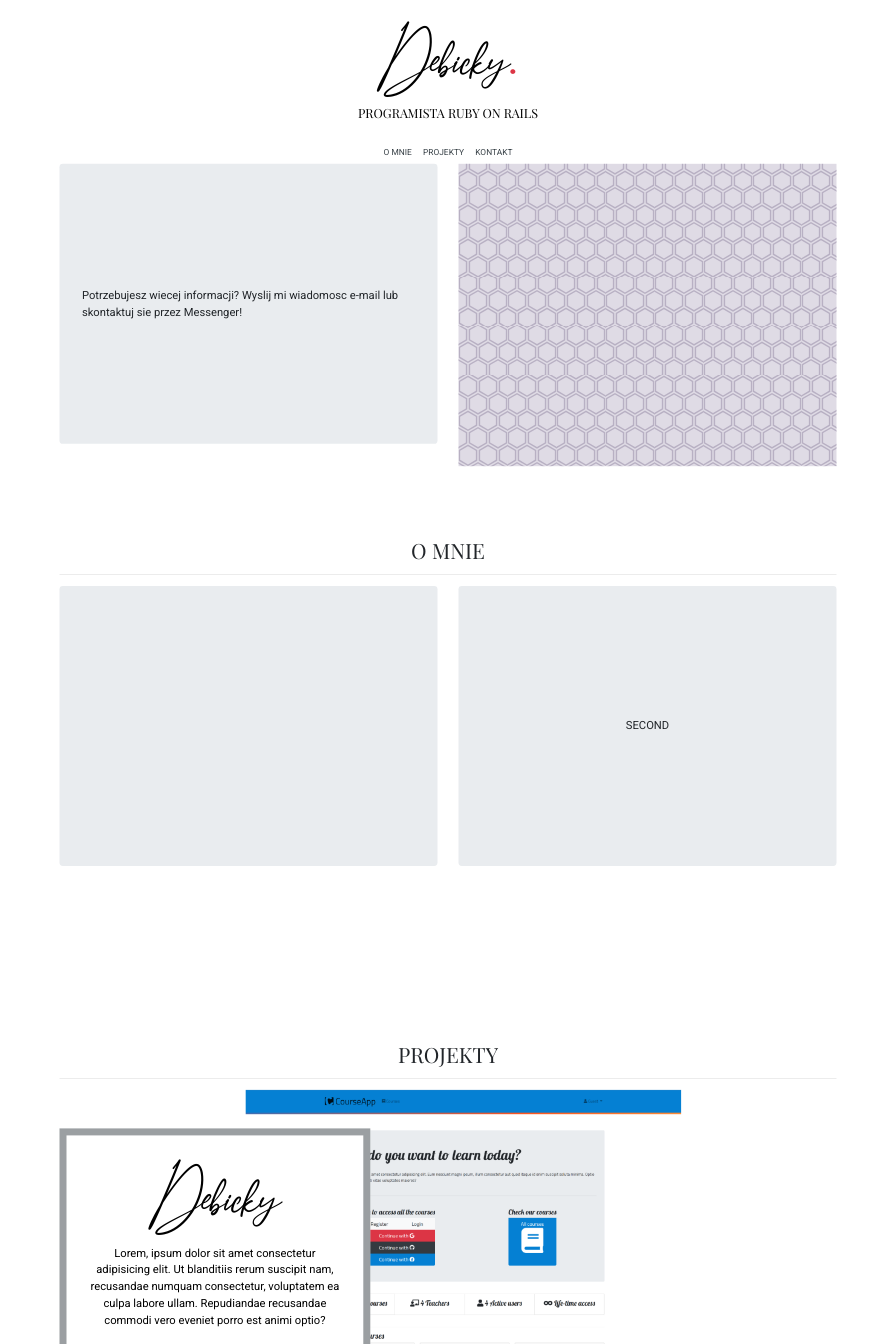
Repository: debicky/debicky.github.io
Page: index.html
These files come from the project's save history. The page is drawn as it stood at one moment and after the next save; the edit follows.
The browser window is 1280 px wide. The pictures show the part of the page from y = 0 to 1920 px (the page is 4287 px tall), at 70% of full size.
Some web libraries are served in a nearby version.

Above is the page before, as saved 2020-06-10 14:57:40.

After the next save:
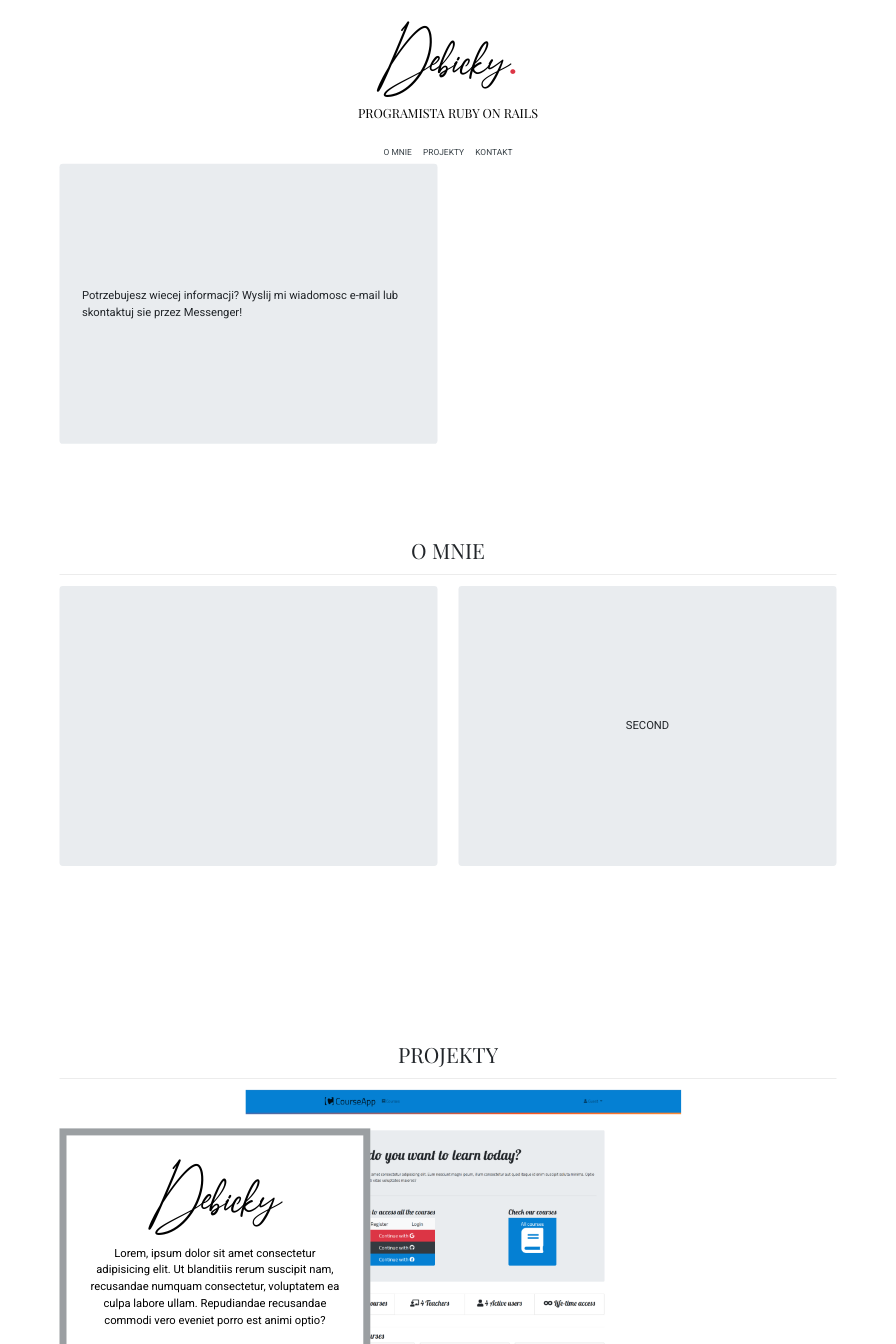
Saved 2 min 55 s later.
--- a/index.html
+++ b/index.html
@@ -50,7 +50,7 @@
           Wyslij mi wiadomosc e-mail lub skontaktuj sie przez Messenger!
         </div>
       </div>
-      <div class="col-12 col-md-6 col-lg-6 mb-5 mb-md-0">
+      <div class="col-12">
         <div class="pattern"></div>
       </div>
     </div>

After the save that followed:
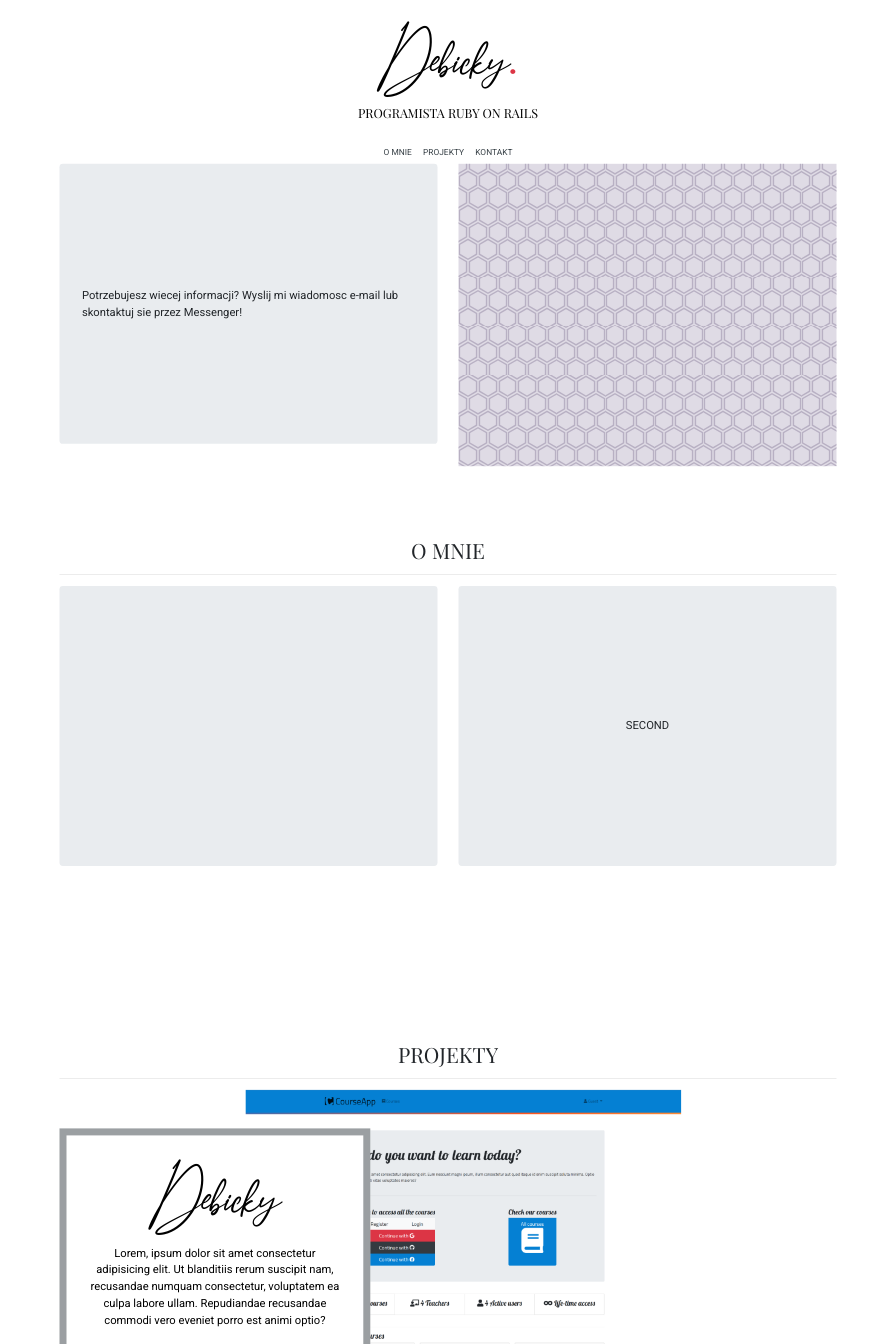
Saved 6 s later.
--- a/index.html
+++ b/index.html
@@ -50,7 +50,7 @@
           Wyslij mi wiadomosc e-mail lub skontaktuj sie przez Messenger!
         </div>
       </div>
-      <div class="col-12">
+      <div class="col-12 col-md-6 col-lg-6 mb-5 mb-md-0">
         <div class="pattern"></div>
       </div>
     </div>
